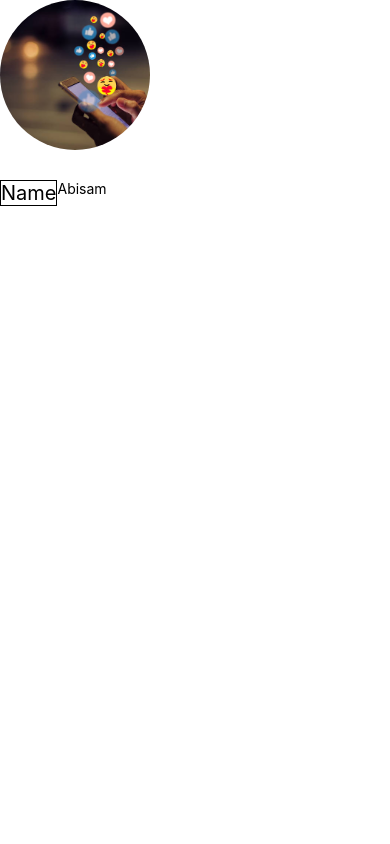
Repository: 2000-Nanayaw/MobileApp
Screen: /
The author's editor kept a copy of each file at every save. The screen is drawn from the files as they stood at one save, then again after the next save.
The app was drawn by React Native's web renderer in a window 390 px wide. The project was rebuilt for these pictures with package versions that can differ from the ones it lists, and the page was loaded fresh each time.

Above is the screen before, as saved 2023-08-28 04:23:13.

### App.js
// import { StatusBar } from "expo-status-bar";
// import { Button, Text, TextInput, View, StyleSheet } from "react-native";

// function jsar() {
//   return (
//     <View style={style.container}>
//       <Text style={style.firstText}>this is my new app</Text>
//       <Text style={style.colors}>how are you i am always happy</Text>
//       <Text style={style.colors}>MOBILE APP DEVELOPMENT</Text>
//       <Text style={style.colors}>MOBILE APP DEVELOPMENT</Text>
//       <TextInput title="MOBILE APP DEVELOPMENT" />
//       <Button title="this is a good button" />
//     </View>
//   );
// }
// const style = StyleSheet.create({
//   colors: {
//     backgroundColor: "orange",
//     color: "red",
//   },
//   container: {
//     flex: 1,
//     backgroundColor: "yellow",
//     flexDirection: "column",
//     justifyContent: "space-around",
//     alignItems: "center",

//   },
//   firstText:{
//     position: "absolute",
//     top:100,
//   }
// });
// export default jsar;

import { StatusBar } from "expo-status-bar";
import { Button, Text, View, StyleSheet,Image } from "react-native";

function jsar() {
  return (
    <View style= {styles.container}>
      <Image source={require("./assets/profile.jpg")} style={styles.image}/>
      <View style={styles.detailContainer}>
        <Text style={styles.label}>Name</Text>
        <Text>Abisam</Text>
      </View>
    </View>
  );
}
const styles = StyleSheet.create({
container: {
  flex: 1,
},
image: {
  height: 150,
  width: 150,
  borderRadius: 200,
  marginBottom: 30,
},
detailContainer: {
  flexDirection: "row"
},
label:{
  borderColor: "black",
  borderWidth: 1,
  fontSize: 20
}
});
export default jsar;

After the next save:
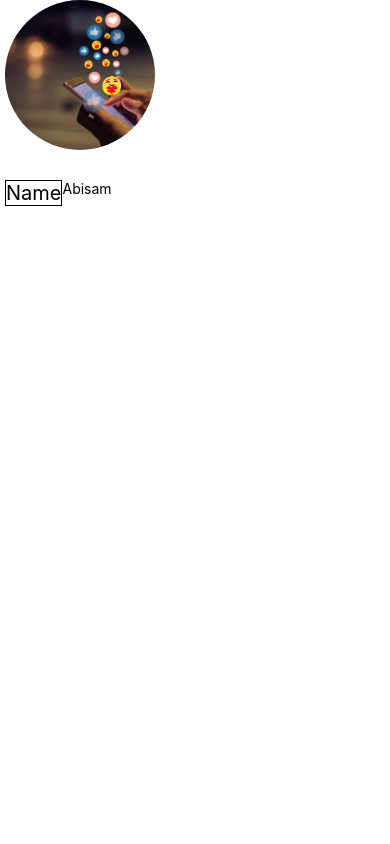
Saved 77 s later.
--- a/App.js
+++ b/App.js
@@ -50,6 +50,7 @@ function jsar() {
 const styles = StyleSheet.create({
 container: {
   flex: 1,
+  marginHorizontal: 5,
 },
 image: {
   height: 150,
